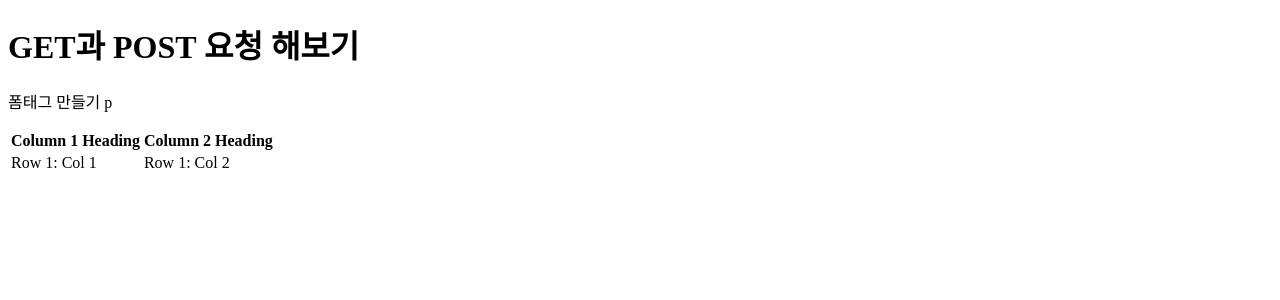
Repository: SanctusAlbino/Jsp_Servlet
Page: 01.HelloJspServlet/src/main/webapp/WEB-INF/getpost.html
These files come from the project's save history. The page is drawn as it stood at one moment and after the next save; the edit follows.
The browser window is 1280 px wide. The pictures show the whole page.

Above is the page before, as saved 2023-05-18 01:55:25.

### 01.HelloJspServlet/src/main/webapp/WEB-INF/getpost.html
<!DOCTYPE html>
<html>
<head>
<meta charset="UTF-8">
<title>Insert title here</title>
</head>
<body>
	<h1>GET과 POST 요청 해보기</h1>
	<p>폼태그 만들기 p</p>
	<table>

		<tr>
			<th>Column 1 Heading</th>
			<th>Column 2 Heading</th>
		</tr>
		<tr>
			<td>Row 1: Col 1</td>
			<td>Row 1: Col 2</td>
		</tr>
	</table>

</body>
</html>

After the next save:
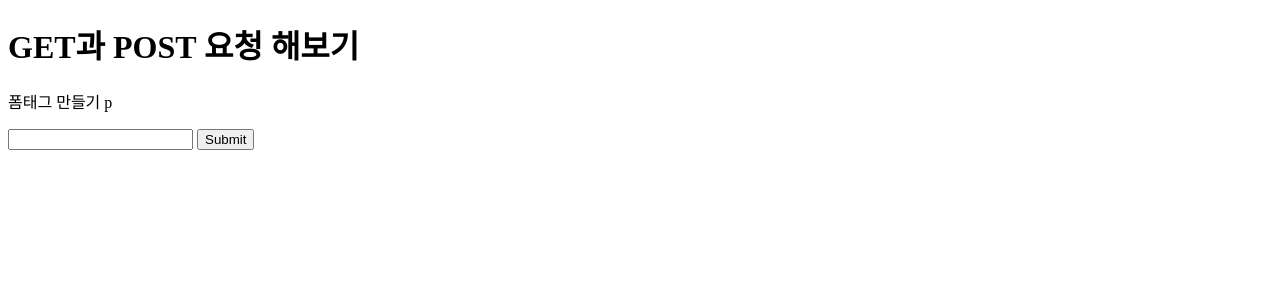
Saved 6 min 3 s later.
--- a/01.HelloJspServlet/src/main/webapp/WEB-INF/getpost.html
+++ b/01.HelloJspServlet/src/main/webapp/WEB-INF/getpost.html
@@ -7,17 +7,11 @@
 <body>
 	<h1>GET과 POST 요청 해보기</h1>
 	<p>폼태그 만들기 p</p>
-	<table>
+	<form action="">
+		<input type="text" name="txt1" id="txt2">
+		<input type="submit">
 
-		<tr>
-			<th>Column 1 Heading</th>
-			<th>Column 2 Heading</th>
-		</tr>
-		<tr>
-			<td>Row 1: Col 1</td>
-			<td>Row 1: Col 2</td>
-		</tr>
-	</table>
+	</form>
 
 </body>
 </html>
